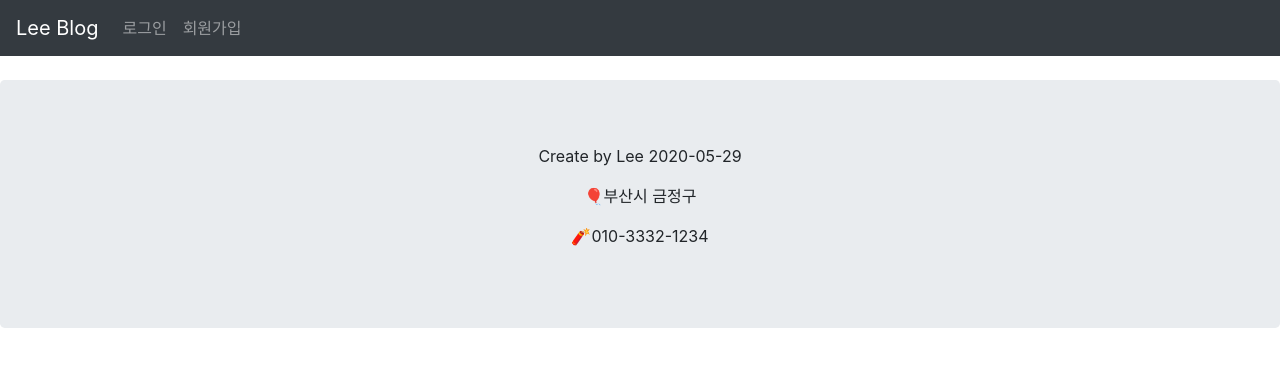
Repository: bk6717/jspwork
Page: http://localhost/blog/user/join.jsp
These files come from the project's save history. The page is drawn as it stood at one moment and after the next save; the edit follows.
The browser window is 1280 px wide. The pictures show the whole page.
The page is served by Tomcat 9.

Above is the page before, as saved 2020-05-29 02:06:21.

After the next save:
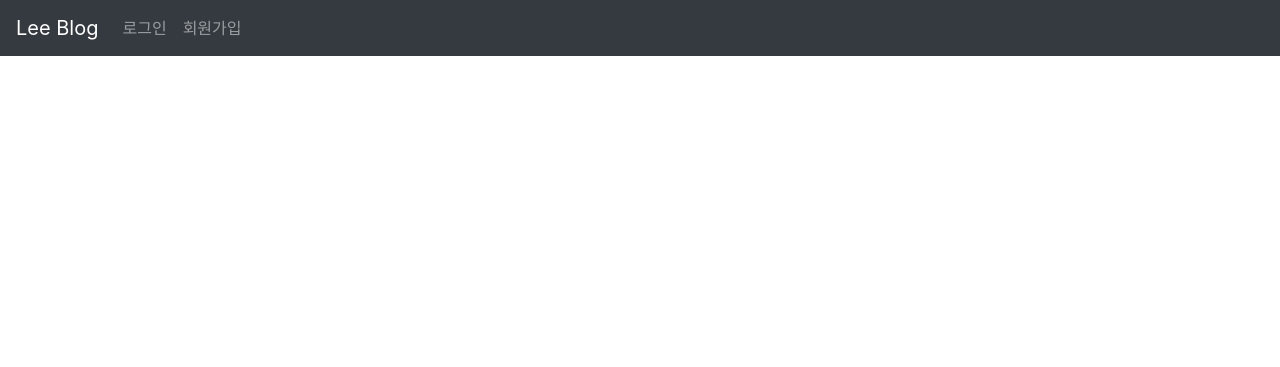
Saved 1 s later.
--- a/blog2/src/com/cos/blog/WebContent/user/join.jsp
+++ b/blog2/src/com/cos/blog/WebContent/user/join.jsp
@@ -2,12 +2,3 @@
     pageEncoding="UTF-8"%>
 
 <%@ include file = "../include/nav.jsp" %> <!--  상대경로.. -->
-
-<div class="jumbotron text-center" style="margin-bottom:0">
-  <p>Create by Lee 2020-05-29</p>
-   <p>🎈부산시 금정구 </p>
-   <p>🧨010-3332-1234 </p>
-</div>
-
-</body>
-</html>
